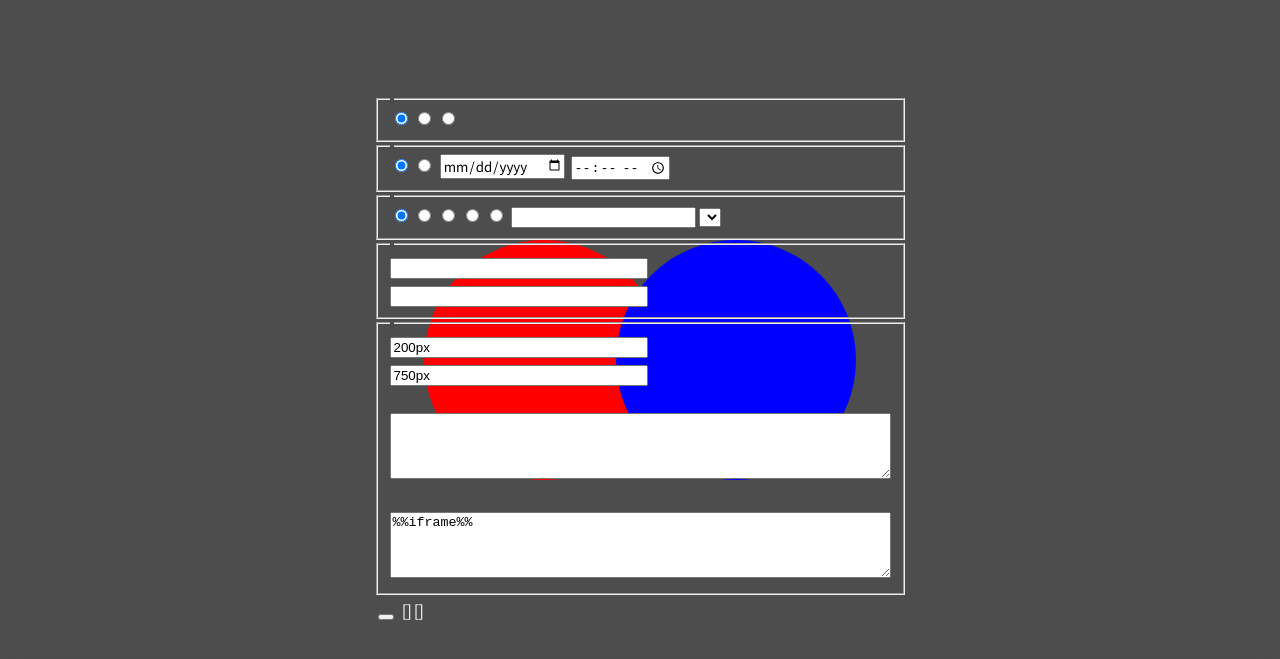
Repository: cirisus/ArknighTimer
Page: timer-selector.html
These files come from the project's save history. The page is drawn as it stood at one moment and after the next save; the edit follows.
The browser window is 1280 px wide. The pictures show the whole page.
Some web fonts or font styles are not loaded; a fallback is used.

Above is the page before, as saved 2024-03-08 22:18:20.

### timer-selector.html
<!DOCTYPE html>
<html>
  <head>
    <meta charset="UTF-8">
    <meta name="description" content="明日方舟同人中文站计时器">
    <meta name="keywords" content="arknights,wiki,timer,selector,generator">
    <link rel="stylesheet" href="timer-selector.css">
    <script src="https://cirisus.github.io/ArknighTimer/timer-selector.js"></script>
    <title>计时器生成工具</title>
  </head>

  <body>
    <noscript>此程序强依赖于对应的Javascript脚本。</noscript>
    <div id="form-container">
    <h1 id="error" class="hidden"></h1>

    <div id="form">
      <fieldset id="timer-type">
        <legend id="timer-type-label"></legend>

        <!-- Generic -->
        <span>
          <input id="timer-type-generic" type="radio" name="timer-type" value="generic" checked>
          <label id="timer-type-generic-label" for="timer-type"></label>
        </span>

        <!-- Deletion -->
        <span>
          <input id="timer-type-deletion" type="radio" name="timer-type" value="deletion">
          <label id="timer-type-deletion-label" for="timer-type"></label>
        </span>

        <!-- Ban -->
        <span>
          <input id="timer-type-ban" type="radio" name="timer-type" value="ban">
          <label id="timer-type-ban-label" for="timer-type"></label>
        </span>
      </fieldset>

      <fieldset id="start">
        <legend id="start-label"></legend>

        <!-- now -->
        <span>
          <input id="start-now" type="radio" name="start" value="now" checked>
          <label id="start-now-label" for="now"></label>
        </span>

        <!-- later / other time -->
        <span>
          <input id="start-later" type="radio" name="start" value="later">
          <label id="start-later-label" for="later"></label>
          <input id="start-later-date" class="radio-text" type="date"></input>
          <input id="start-later-time" class="radio-text" type="time"></input>
        </span>
      </fieldset>

      <fieldset id="duration">
        <legend id="duration-label"></legend>

        <!-- 1 day -->
        <span>
          <input id="duration-1d" type="radio" name="duration" value="86400000" checked>
          <label id="duration-1d-label" for="86400000"></label> <!-- in ms -->
        </span>

        <!-- 1 week -->
        <span>
          <input id="duration-1w" type="radio" name="duration" value="604800000">
          <label id="duration-1w-label" for="604800000"></label>
        </span>

        <!-- 2 weeks -->
        <span>
          <input id="duration-2w" type="radio" name="duration" value="1209600000">
          <label id="duration-2w-label" for="1209600000"></label>
        </span>

        <!-- 1 year -->
        <span>
          <input id="duration-1y" type="radio" name="duration" value="31536000000">
          <label id="duration-1y-label" for="31536000000"></label>
        </span>

        <!-- custom -->
        <span>
          <input id="duration-custom" type="radio" name="duration" value="custom">
          <label id="duration-custom-label" for="custom"></label>
          <input id="duration-custom-value" class="radio-text" type="number" size="6"></input>
          <select id="duration-custom-unit">
            <option id="unit-minute" value="60000"></option>
            <option id="unit-hour" value="3600000"></option>
            <option id="unit-day" value="86400000"></option>
            <option id="unit-week" value="604800000"></option>
            <option id="unit-month" value="2592000000"></option>
            <option id="unit-year" value="31536000000"></option>
          </select>
        </span>
      </fieldset>

      <fieldset id="messages">
        <legend id="messages-label"></legend>

        <div class="text">
          <label id="message-progress-label"></label>
          <input id="message-progress" type="text"></input>
        </div>

        <div class="text">
          <label id="message-finished-label"></label>
          <input id="message-finished" type="text"></input>
        </div>
      </fieldset>

      <fieldset id="advanced">
        <legend id="advanced-label"></legend>

        <div class="text message-short">
          <label id="height-label"></label>
          <input id="height" type="text" value="200px"></input>
        </div>

        <div class="text message-short">
          <label id="width-label"></label>
          <input id="width" type="text" value="750px"></input>
        </div>

        <div class="text">
          <label id="custom-css-label"></label><br>
          <textarea id="custom-css" cols="60" rows="4"></textarea>
        </div>

        <div class="text">
          <label id="template-label"></label><br>
          <textarea id="template" cols="60" rows="4">%%iframe%%</textarea>
        </div>
      </fieldset>

      <div>
        <button id="build"></button>

        <span class="info">
          [<a id="info-help" href="https://cirisus.github.io/ArknighTimer" target="_blank"></a>]
          [<a id="info-source" href="https://github.com/cirisus/ArknighTimer" target="_blank"></a>]
        </span>
      </div>
    </div>

    <!-- output -->
    <div style="color: #fff"><textarea id="output" class="hidden" cols="60" rows="4" readonly></textarea></div>
    </div>
  </body>
</html>

### timer-selector.css
@import url('https://fonts.googleapis.com/css2?family=Noto+Sans+SC:wght@100..900&display=swap');
@import url('https://fonts.googleapis.com/css2?family=JetBrains+Mono:ital,wght@0,100..800;1,100..800&family=Noto+Sans+SC:wght@100..900&display=swap');
@font-face {
  font-family: 'Bender';
  src: url(https://cdn.jsdelivr.net/gh/cirisus/ArknighTimer/Bender/Bender.otf);
  font-weight: normal;
  font-style: normal;
}
body {
  margin: 0;
  font-family: 'Bender','Noto Sans SC', sans-serif;
  letter-spacing: -.05em;
  background-color: #4d4d4d;
  /*background-image: url(https://picsum.photos/800/1200);*/
  background-position: center;
  background-repeat: no-repeat;
  background-size: cover;
}
a {
  color: #ffa600;
  text-decoration: none;
  transition: .3s;
  &:hover {
    text-decoration: none;
    color: #a96e00;
  }
}
#form-container {
  --size: 15rem;
  display: flex;
  flex-direction: column;
  align-items: center;
  justify-content: center;
  height: 100vh;
  width: 100vw;
  backdrop-filter: blur(10px);
  position: relative;
  &::before {
    content: '';
    position: absolute;
    top: calc(50% - var(--size) / 2);
    left: calc(50% - var(--size) / 2);
    width: var(--size);
    height: var(--size);
    border-radius: 50%;
    background-color: #f00;
    z-index: -1;
    transform: translateX(-40%);
  }
  &::after {
    content: '';
    position: absolute;
    top: calc(50% - var(--size) / 2);
    left: calc(50% - var(--size) / 2);
    width: var(--size);
    height: var(--size);
    border-radius: 50%;
    background-color: #00f;
    z-index: -1;
    transform: translateX(40%);
  }
}
input[type="date" i] {
  font-family: 'Bender','Noto Sans SC', sans-serif;
}
fieldset {
  color: #fff;
  margin: 0.2em;
}
.radio-text {
  margin-left: 0.2em;
}
.text {
  margin-top: 0.2em;
}
.text input {
  width: 50%;
}
.text-short input {
  width: 25%;
}
#build {
  margin: 0.4em;
}
.info {
  color: #fff;
  font-size: inherit;
}
/* Basic utility classes */
.hidden {
  display: none;
}
#error {
  text-align: center;
  color: #ffa600;
}
.error-secondary {
  font-size: 0.6em;
}
#output {
  font-family: 'JetBrains Mono', monospace;
  margin: 0.25em;
}

After the next save:
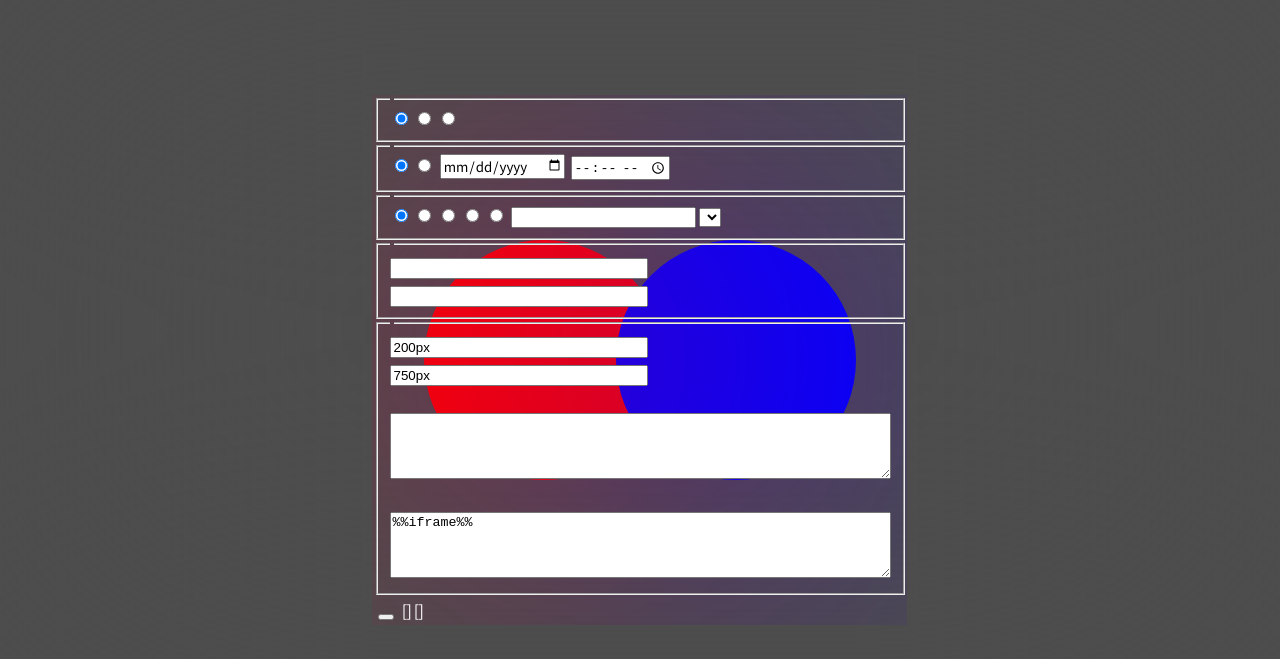
Saved 66 s later.
--- a/timer-selector.css
+++ b/timer-selector.css
@@ -33,7 +33,8 @@
   justify-content: center;
   height: 100vh;
   width: 100vw;
-  backdrop-filter: blur(10px);
+  -webkit-backdrop-filter: blur(10rem);
+  backdrop-filter: blur(10rem);
   position: relative;
   &::before {
     content: '';
@@ -59,6 +60,10 @@
     z-index: -1;
     transform: translateX(40%);
   }
+}
+#form {
+  -webkit-backdrop-filter: blur(10rem);
+  backdrop-filter: blur(10rem);
 }
 input[type="date" i] {
   font-family: 'Bender','Noto Sans SC', sans-serif;
